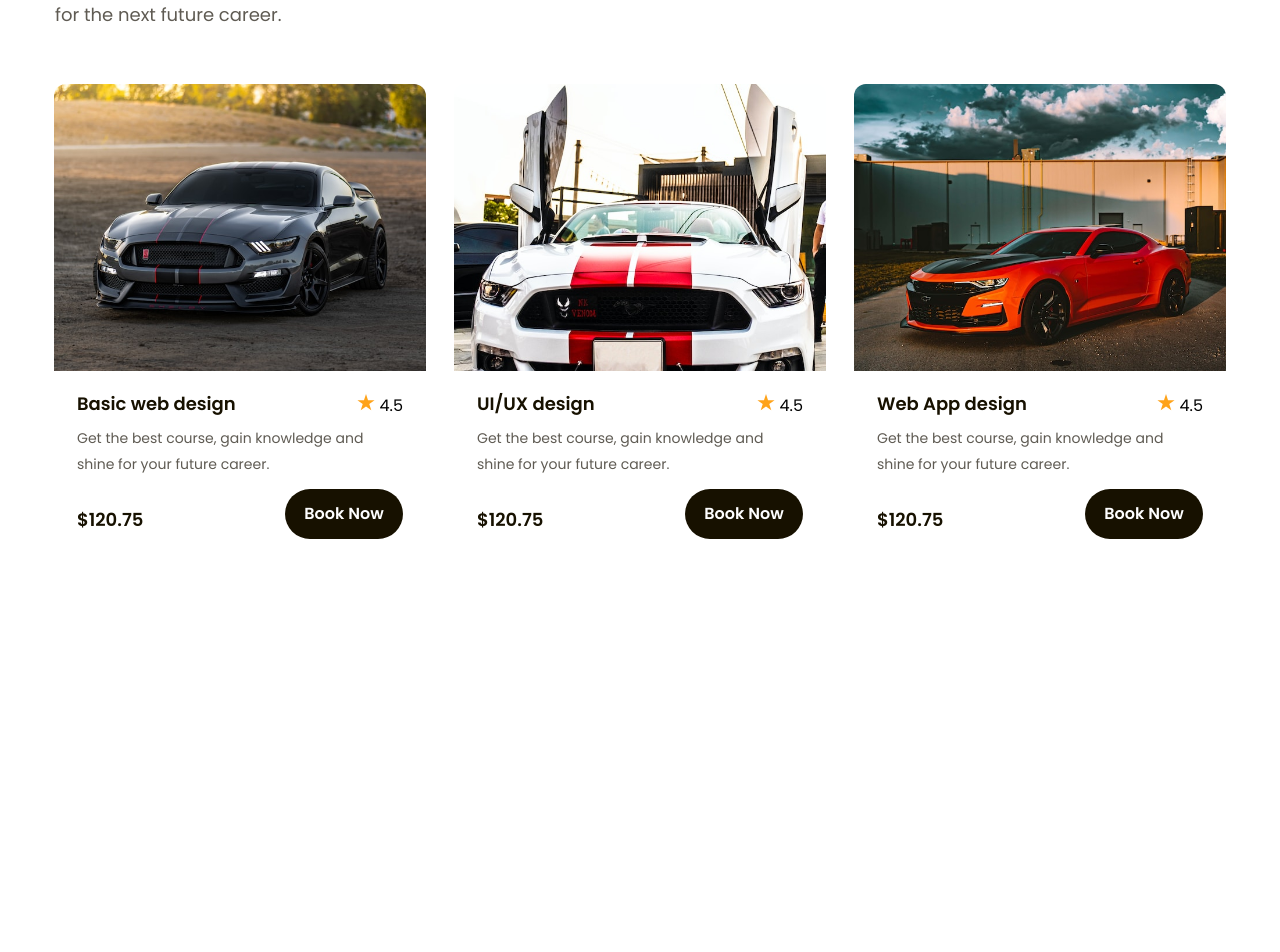
Repository: dongnguyen2112/htmlcss-project-02
Page: index.html
An editor plug-in stored every save of this project. The page is shown before and after the next save, followed by the edit.
The browser window is 1280 px wide. The pictures show the part of the page from y = 1194 to 2146 px (the page is 5000 px tall).
A picture or video elsewhere on the page could not be fetched, so the positions and the page height are approximate.

Above is the page before, as saved 2023-07-06 13:33:03.

After the next save:
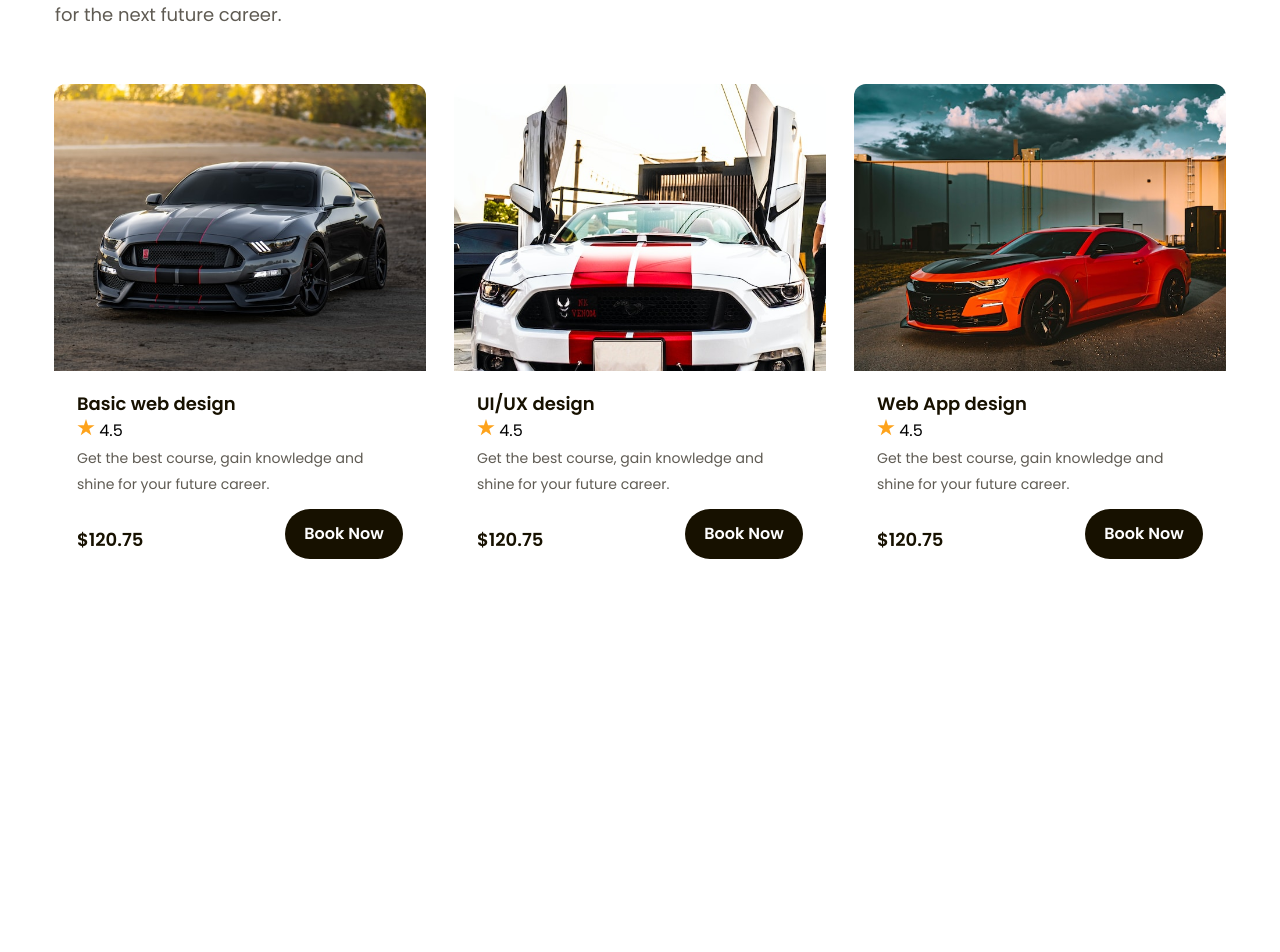
Saved 12 s later.
--- a/assets/css/styles.css
+++ b/assets/css/styles.css
@@ -252,6 +252,7 @@
 .popular .course-item .info {
     padding: 16px 22px 22px;
 }
+.popular .course-item .rating
 .popular .course-item .head {
     display: flex;
     align-items: center;

After the save that followed:
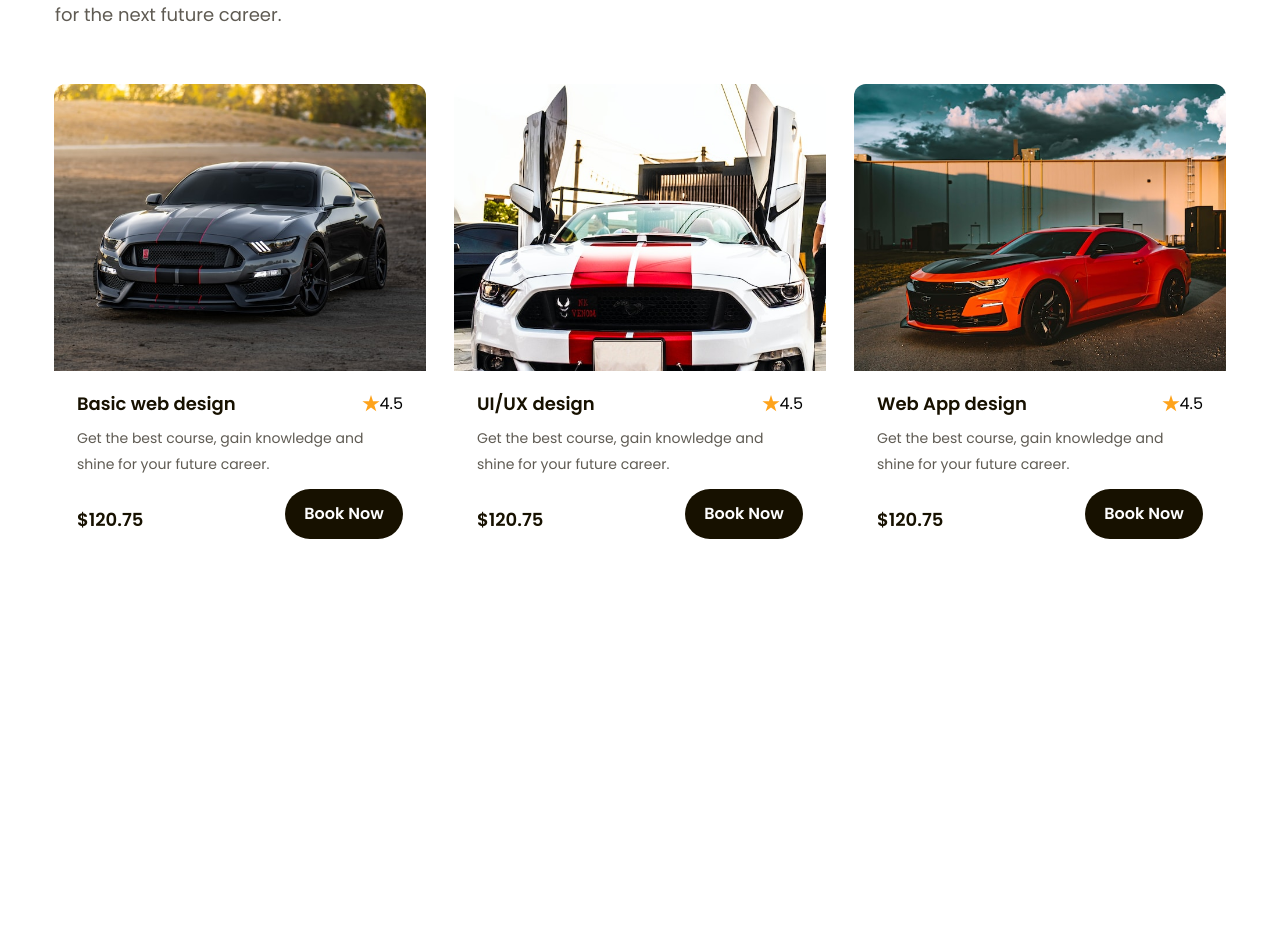
Saved 4 s later.
--- a/assets/css/styles.css
+++ b/assets/css/styles.css
@@ -252,7 +252,7 @@
 .popular .course-item .info {
     padding: 16px 22px 22px;
 }
-.popular .course-item .rating
+.popular .course-item .rating,
 .popular .course-item .head {
     display: flex;
     align-items: center;
